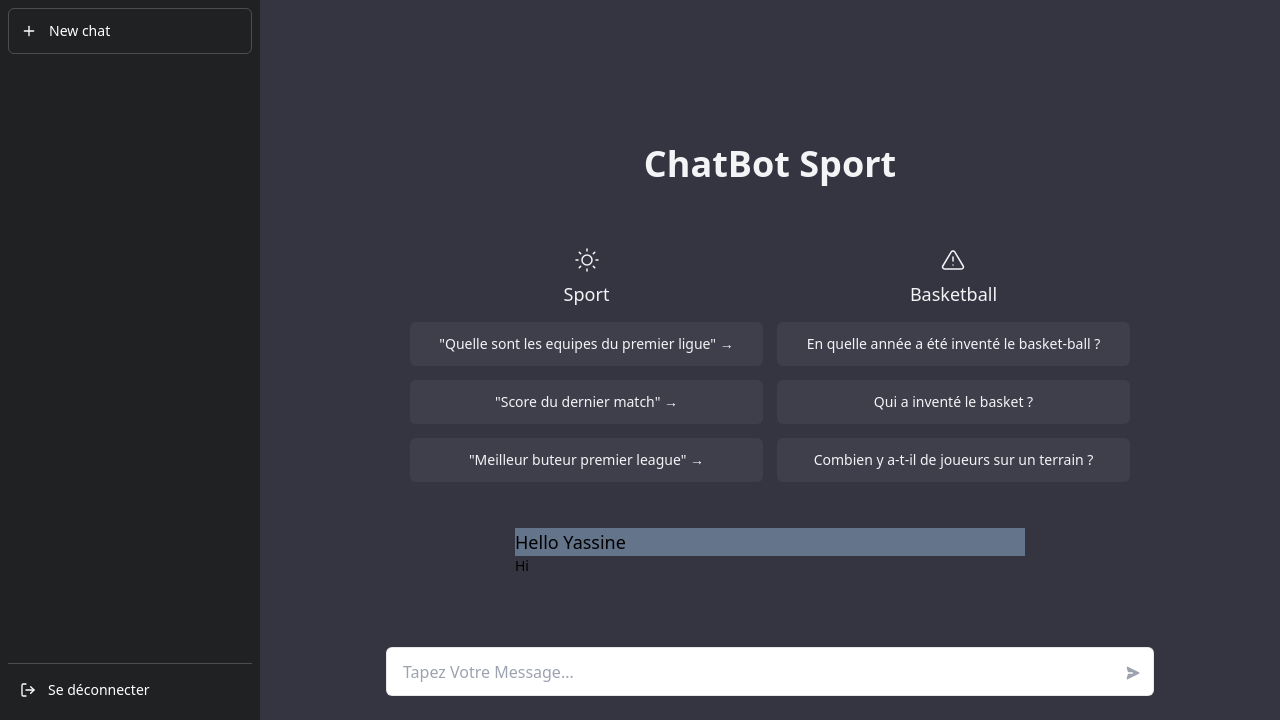
Repository: HaithemBenSlama/chatbot-front
Page: /, after clicking the first element matching `button.sc-gsFSXq`
The author's editor kept a copy of each file at every save. The page is drawn from the files as they stood at one save, then again after the next save.
The browser window is 1280 px wide. The pictures show the whole page.
The project was rebuilt for these pictures with package versions that can differ from the ones it lists, and the page was loaded fresh each time. Also part of the build but not shown: src/constants/svg/lightningChargeIcon.js, src/constants/svg/externalLinkIcon.js, src/constants/svg/discordIcon.js, src/constants/svg/menuIcon.js, src/Components/Login/form-input.css.

Above is the page before, as saved 2023-05-01 22:07:40.

After the next save:
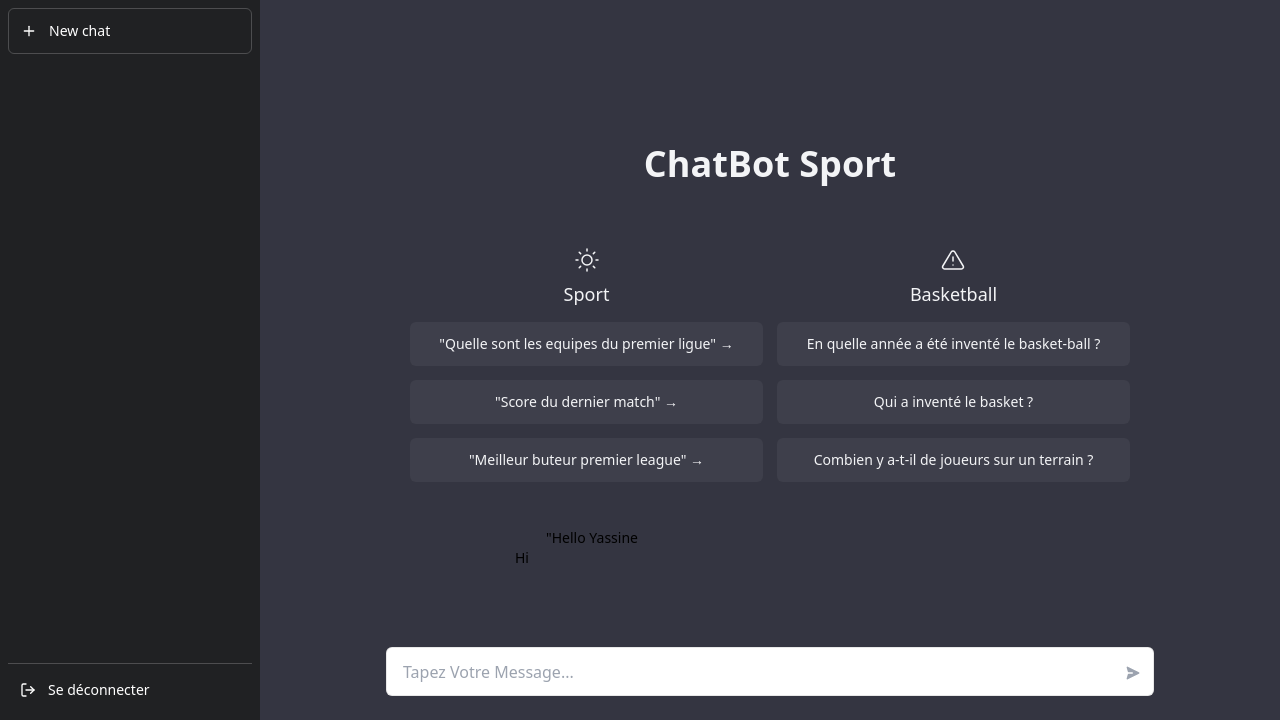
Saved 63 s later.
--- a/src/Components/main/RightSection/index.js
+++ b/src/Components/main/RightSection/index.js
@@ -61,7 +61,7 @@ const RightSection = () => {
               </div>
             </div>
             <div className="w-1/2 h-48 flex-shrink-0">
-              <p className="bg-slate-500 text-justify text-lg">Hello Yassine</p>
+              <ul className="flex flex-col gap-3.5 w-full sm:max-w-md m-auto">"Hello Yassine</ul>
               <p>Hi</p>
             </div>
           </div>
